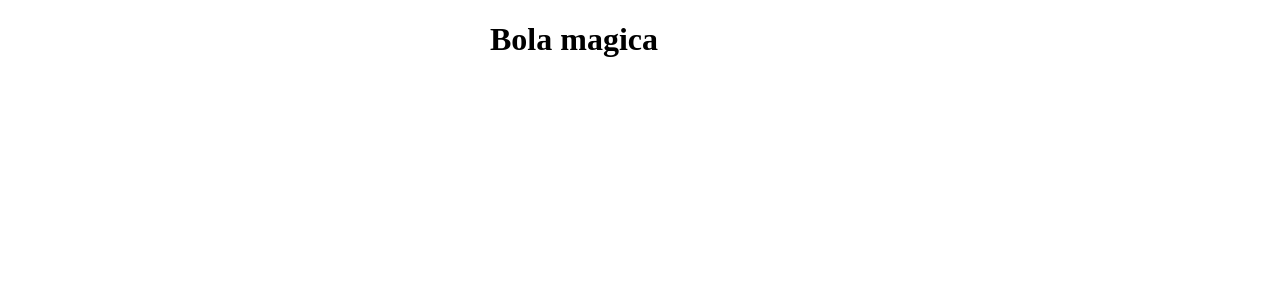
Repository: Kevin8548/FundamentosJS
Page: index.html
These files come from the project's save history. The page is drawn as it stood at one moment and after the next save; the edit follows.
The browser window is 1280 px wide. The pictures show the whole page.

Above is the page before, as saved 2024-09-20 09:34:38.

After the next save:
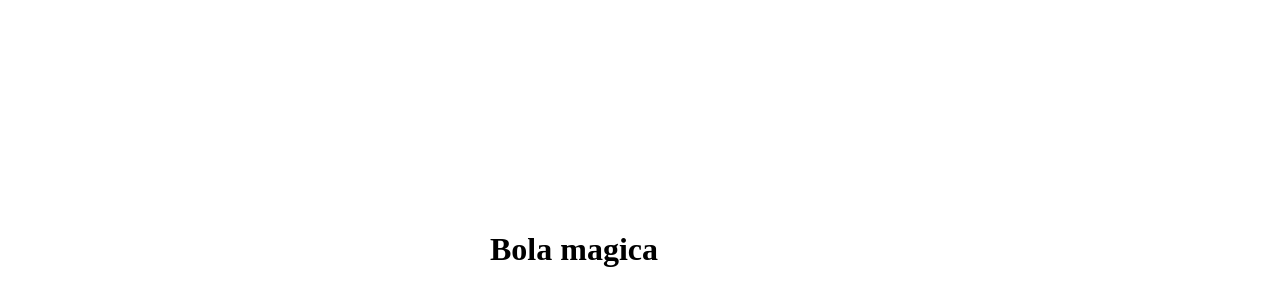
Saved 7 s later.
--- a/index.html
+++ b/index.html
@@ -10,7 +10,7 @@
             padding:0;
             display:grid;
             width: 100vw;
-            heigth: 100vh;
+            height: 100vh;
             place-items: center;
         }
         div{
